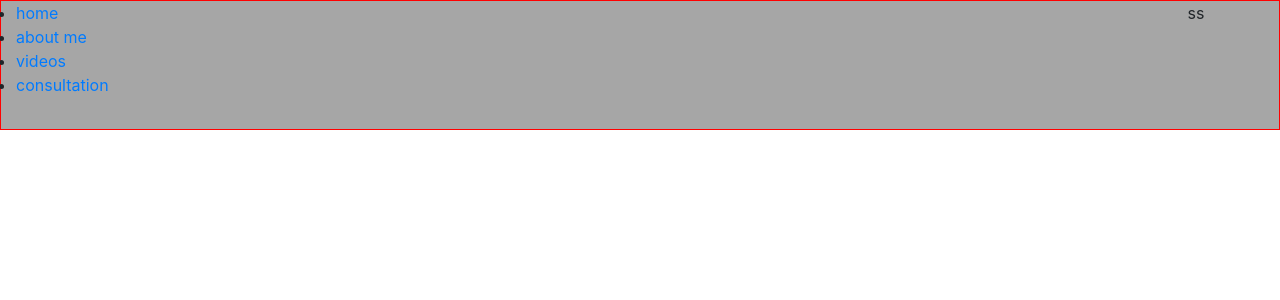
Repository: Aleksandre19/cv-ucmp
Page: index.html
The author's editor kept a record of every edit. The page is drawn from the files as they stood at one moment, then again after the next edit.
The browser window is 1280 px wide. The pictures show the whole page.

Above is the page before.

After the next edit:
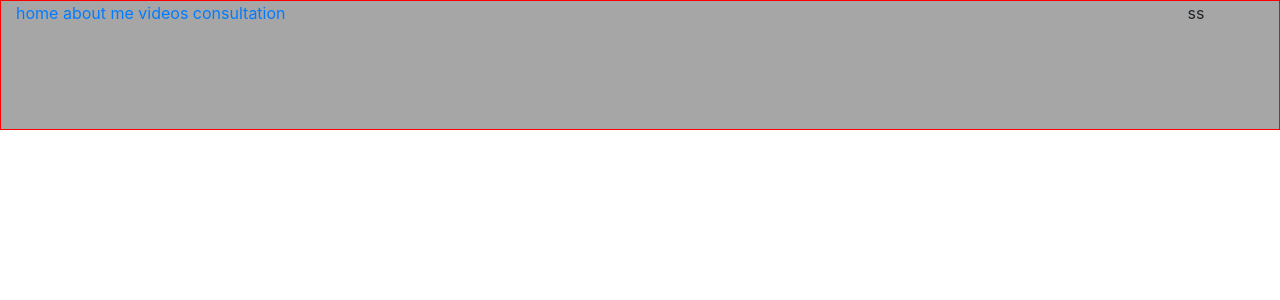
The edit:
--- a/index.html
+++ b/index.html
@@ -21,8 +21,8 @@
 
                 <!-- TOP MAIN MENU -->
                 <div class="col-11">
-                    <nav class="">
-                        <ul>
+                    <nav>
+                        <ul class="main-menu">
                             <li><a href="#">home</a></li>
                             <li><a href="#">about me</a></li>
                             <li><a href="#">videos</a></li>
